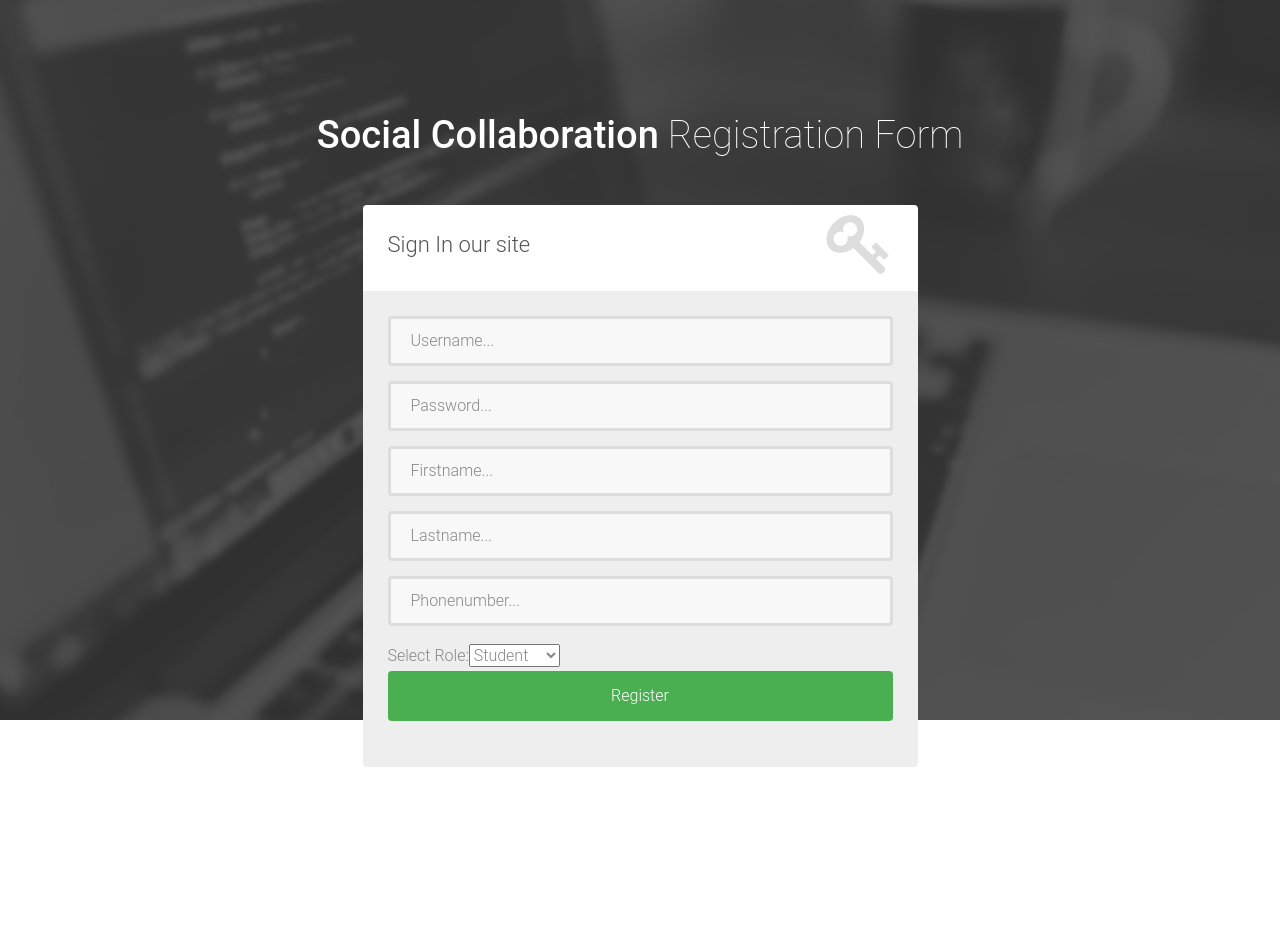
Repository: Abhi2097/Collab
Page: Final Commit of Project 2/Project 2/Frontend_Collab/WebContent/views/registrationform.html
These files come from the project's save history. The page is drawn as it stood at one moment and after the next save; the edit follows.
The browser window is 1280 px wide. The pictures show the whole page.

Above is the page before, as saved 2018-11-28 04:34:44.

### Final Commit of Project 2/Project 2/Frontend_Collab/WebContent/views/registrationform.html
<html lang="en">

    <head>
   <title>Login Form</title>

        <link rel="stylesheet" href="assets/bootstrap/css/bootstrap.min.css">
        <link rel="stylesheet" href="assets/font-awesome/css/font-awesome.min.css">
		<link rel="stylesheet" href="assets/css/form-elements.css">
        <link rel="stylesheet" href="assets/css/style.css">
    </head>
     <body>

        <!-- Top content -->
        <div class="top-content">

            <div class="inner-bg">
                <div class="container">
                    <div class="row">
                        <div class="col-sm-8 col-sm-offset-2 text">
                            <h1><strong>Social Collaboration</strong> Registration Form</h1>

                        </div>
                    </div>
                    <div class="row">
                        <div class="col-sm-6 col-sm-offset-3 form-box">
                        	<div class="form-top">
                        		<div class="form-top-left">
                        			<h3>Sign In our site</h3>

                        		</div>
                        		<div class="form-top-right">
                        			<i class="fa fa-key"></i>
                        		</div>
                            </div>
                            <div class="form-bottom">
			                    <form role="form"  class="login-form">
			                    	<div class="form-group">
			                    		<label class="sr-only" for="form-username">Email</label>
			                        	<input type="text" name="form-username" placeholder="Username..." class="form-username form-control" id="form-username" ng-model="user.email">
			                        </div>
			                        <div class="form-group">
			                        	<label class="sr-only" for="form-password">Password</label>
			                        	<input type="password" name="form-password" placeholder="Password..." class="form-password form-control" id="form-password" ng-model="user.password">
			                        </div>
			                        <div class="form-group">
			                    		<label class="sr-only" for="form-username">Firstname</label>
			                        	<input type="text" name="form-username" placeholder="Firstname..." class="form-username form-control" id="form-username" ng-model="user.firstname">
			                        </div>
			                        <div class="form-group">
			                    		<label class="sr-only" for="form-username">Lastname</label>
			                        	<input type="text" name="form-username" placeholder="Lastname..." class="form-username form-control" id="form-username" ng-model="user.lastname">
			                        </div>
			                        <div class="form-group">
			                    		<label class="sr-only" for="form-username">Phonenumber</label>
			                        	<input type="text" name="form-username" placeholder="Phonenumber..." class="form-username form-control" id="form-username" ng-model="user.phonenumber">
			                        </div>
			                        Select Role:<select ng-model="user.role">
                                     <option value="STUDENT">Student
                                     <option value="EMPLOYEE">Employee
                                     <option value="ALUMNI">Alumni
                                     </select>
			                        <button  ng-click="registration(user)"  class="btn">Register</button>
			                    </form>
		                    </div>
                        </div>
                    </div>
					        <!-- Javascript -->
        <script src="assets/js/jquery-1.11.1.min.js"></script>
        <script src="assets/bootstrap/js/bootstrap.min.js"></script>
        <script src="assets/js/jquery.backstretch.min.js"></script>
        <script src="assets/js/scripts.js"></script>

        <!--[if lt IE 10]>
            <script src="assets/js/placeholder.js"></script>
        <![endif]-->

    </body>

</html>

### Final Commit of Project 2/Project 2/Frontend_Collab/WebContent/assets/css/style.css

body {
    font-family: 'Roboto', sans-serif;
    font-size: 16px;
    font-weight: 300;
    color: #888;
    line-height: 30px;
    text-align: center;
}

strong { font-weight: 500; }

a, a:hover, a:focus {
	color: #4aaf51;
	text-decoration: none;
    -o-transition: all .3s; -moz-transition: all .3s; -webkit-transition: all .3s; -ms-transition: all .3s; transition: all .3s;
}

h1, h2 {
	margin-top: 10px;
	font-size: 38px;
    font-weight: 100;
    color: #555;
    line-height: 50px;
}

h3 {
	font-size: 22px;
    font-weight: 300;
    color: #555;
    line-height: 30px;
}

img { max-width: 100%; }

::-moz-selection { background: #4aaf51; color: #fff; text-shadow: none; }
::selection { background: #4aaf51; color: #fff; text-shadow: none; }


.btn-link-1 {
	display: inline-block;
	height: 50px;
	margin: 5px;
	padding: 16px 20px 0 20px;
	background: #4aaf51;
	font-size: 16px;
    font-weight: 300;
    line-height: 16px;
    color: #fff;
    -moz-border-radius: 4px; -webkit-border-radius: 4px; border-radius: 4px;
}
.btn-link-1:hover, .btn-link-1:focus, .btn-link-1:active { outline: 0; opacity: 0.6; color: #fff; }

.btn-link-1.btn-link-1-facebook { background: #4862a3; }
.btn-link-1.btn-link-1-twitter { background: #55acee; }
.btn-link-1.btn-link-1-google-plus { background: #dd4b39; }

.btn-link-1 i {
	padding-right: 5px;
	vertical-align: middle;
	font-size: 20px;
	line-height: 20px;
}

.btn-link-2 {
	display: inline-block;
	height: 50px;
	margin: 5px;
	padding: 15px 20px 0 20px;
	background: rgba(0, 0, 0, 0.3);
	border: 1px solid #fff;
	font-size: 16px;
    font-weight: 300;
    line-height: 16px;
    color: #fff;
    -moz-border-radius: 4px; -webkit-border-radius: 4px; border-radius: 4px;
}
.btn-link-2:hover, .btn-link-2:focus,
.btn-link-2:active, .btn-link-2:active:focus { outline: 0; opacity: 0.6; background: rgba(0, 0, 0, 0.3); color: #fff; }


/***** Top content *****/

.inner-bg {
    padding: 100px 0 170px 0;
}

.top-content .text {
	color: #fff;
}

.top-content .text h1 { color: #fff; }

.top-content .description {
	margin: 20px 0 10px 0;
}

.top-content .description p { opacity: 0.8; }

.top-content .description a {
	color: #fff;
}
.top-content .description a:hover,
.top-content .description a:focus { border-bottom: 1px dotted #fff; }

.form-box {
	margin-top: 35px;
}

.form-top {
	overflow: hidden;
	padding: 0 25px 15px 25px;
	background: #fff;
	-moz-border-radius: 4px 4px 0 0; -webkit-border-radius: 4px 4px 0 0; border-radius: 4px 4px 0 0;
	text-align: left;
}

.form-top-left {
	float: left;
	width: 75%;
	padding-top: 25px;
}

.form-top-left h3 { margin-top: 0; }

.form-top-right {
	float: left;
	width: 25%;
	padding-top: 5px;
	font-size: 66px;
	color: #ddd;
	line-height: 100px;
	text-align: right;
}

.form-bottom {
	padding: 25px 25px 30px 25px;
	background: #eee;
	-moz-border-radius: 0 0 4px 4px; -webkit-border-radius: 0 0 4px 4px; border-radius: 0 0 4px 4px;
	text-align: left;
}

.form-bottom form textarea {
	height: 100px;
}

.form-bottom form button.btn {
	width: 100%;
}

.form-bottom form .input-error {
	border-color: #4aaf51;
}

.social-login {
	margin-top: 35px;
}

.social-login h3 {
	color: #fff;
}

.social-login-buttons {
	margin-top: 25px;
}


/***** Media queries *****/

@media (min-width: 992px) and (max-width: 1199px) {}

@media (min-width: 768px) and (max-width: 991px) {}

@media (max-width: 767px) {

	.inner-bg { padding: 60px 0 110px 0; }

}

@media (max-width: 415px) {

	h1, h2 { font-size: 32px; }

}

### Final Commit of Project 2/Project 2/Frontend_Collab/WebContent/assets/js/scripts.js

jQuery(document).ready(function() {

    /*
        Fullscreen background
    */
    $.backstretch("assets/img/backgrounds/1.jpg");

    /*
        Form validation
    */
    $('.login-form input[type="text"], .login-form input[type="password"], .login-form textarea').on('focus', function() {
    	$(this).removeClass('input-error');
    });

    $('.login-form').on('submit', function(e) {

    	$(this).find('input[type="text"], input[type="password"], textarea').each(function(){
    		if( $(this).val() == "" ) {
    			e.preventDefault();
    			$(this).addClass('input-error');
    		}
    		else {
    			$(this).removeClass('input-error');
    		}
    	});

    });


});

Loaded but not shown: Final Commit of Project 2/Project 2/Frontend_Collab/WebContent/assets/bootstrap/css/bootstrap.min.css (library); Final Commit of Project 2/Project 2/Frontend_Collab/WebContent/assets/font-awesome/css/font-awesome.min.css (library); Final Commit of Project 2/Project 2/Frontend_Collab/WebContent/assets/css/form-elements.css (common file); Final Commit of Project 2/Project 2/Frontend_Collab/WebContent/assets/js/jquery-1.11.1.min.js (library); Final Commit of Project 2/Project 2/Frontend_Collab/WebContent/assets/bootstrap/js/bootstrap.min.js (library); Final Commit of Project 2/Project 2/Frontend_Collab/WebContent/assets/js/jquery.backstretch.min.js (library)

After the next save:
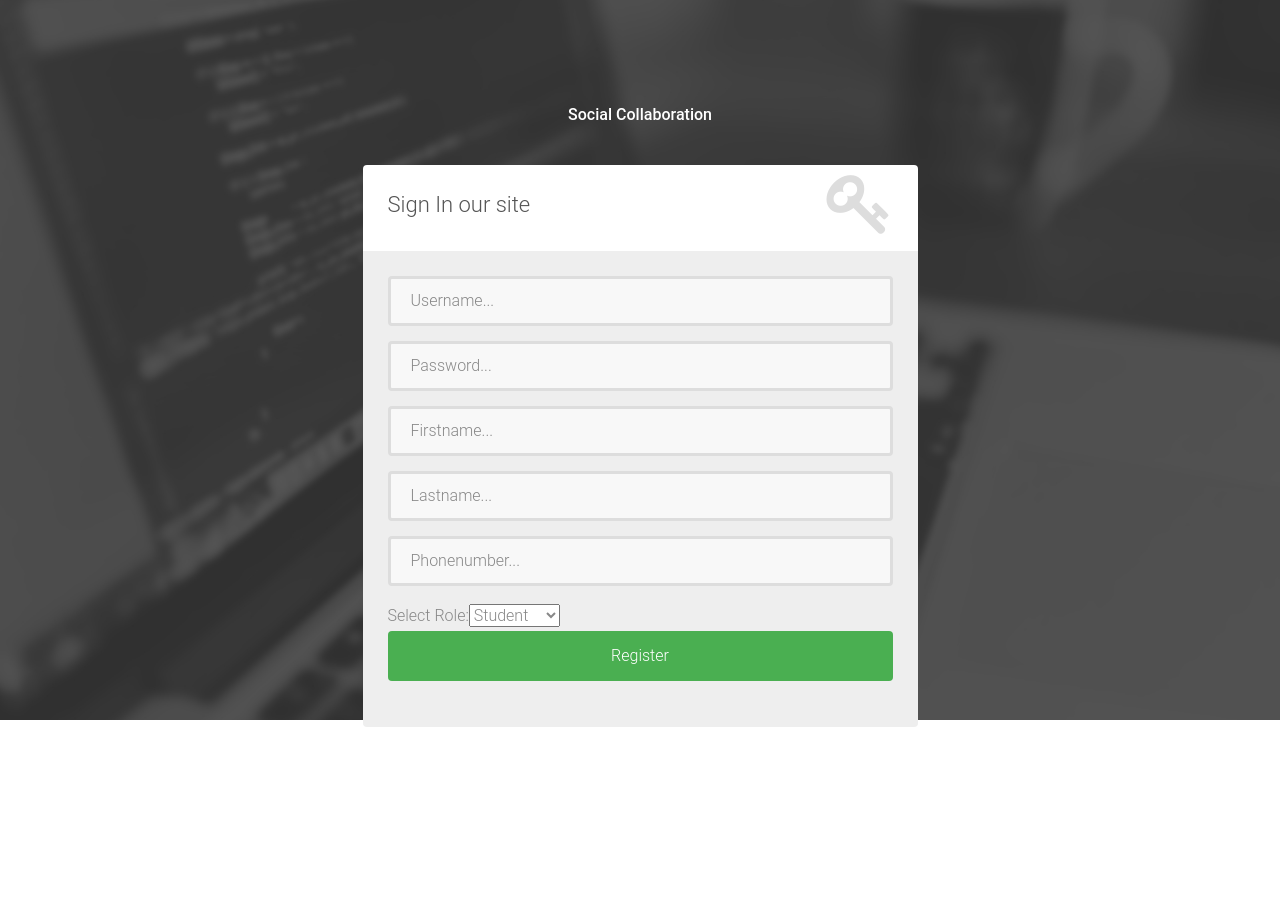
Saved 3 min 34 s later.
--- a/Final Commit of Project 2/Project 2/Frontend_Collab/WebContent/views/registrationform.html
+++ b/Final Commit of Project 2/Project 2/Frontend_Collab/WebContent/views/registrationform.html
@@ -1,7 +1,7 @@
 <html lang="en">
 
     <head>
-   <title>Login Form</title>
+   <title>Registration Form</title>
 
         <link rel="stylesheet" href="assets/bootstrap/css/bootstrap.min.css">
         <link rel="stylesheet" href="assets/font-awesome/css/font-awesome.min.css">
@@ -17,7 +17,7 @@
                 <div class="container">
                     <div class="row">
                         <div class="col-sm-8 col-sm-offset-2 text">
-                            <h1><strong>Social Collaboration</strong> Registration Form</h1>
+                           <strong>Social Collaboration</strong>
 
                         </div>
                     </div>
